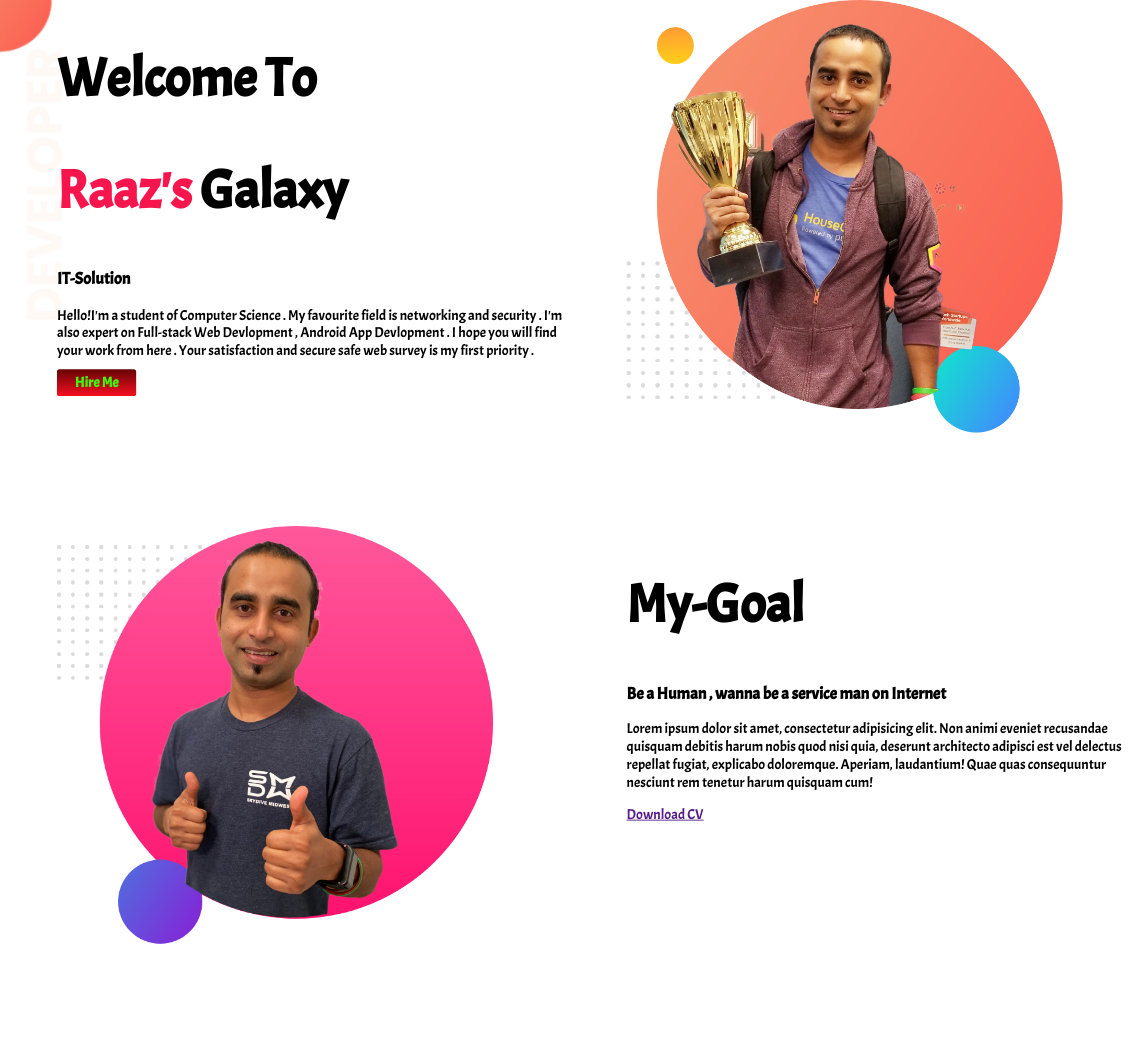
Repository: ramizraaz/my-portfolio
Page: about.html
An editor plug-in stored every save of this project. The page is shown before and after the next save, followed by the edit.
The browser window is 1280 px wide. The pictures show the whole page, at 89% of full size.

Above is the page before, as saved 2022-01-13 19:15:42.

After the next save:
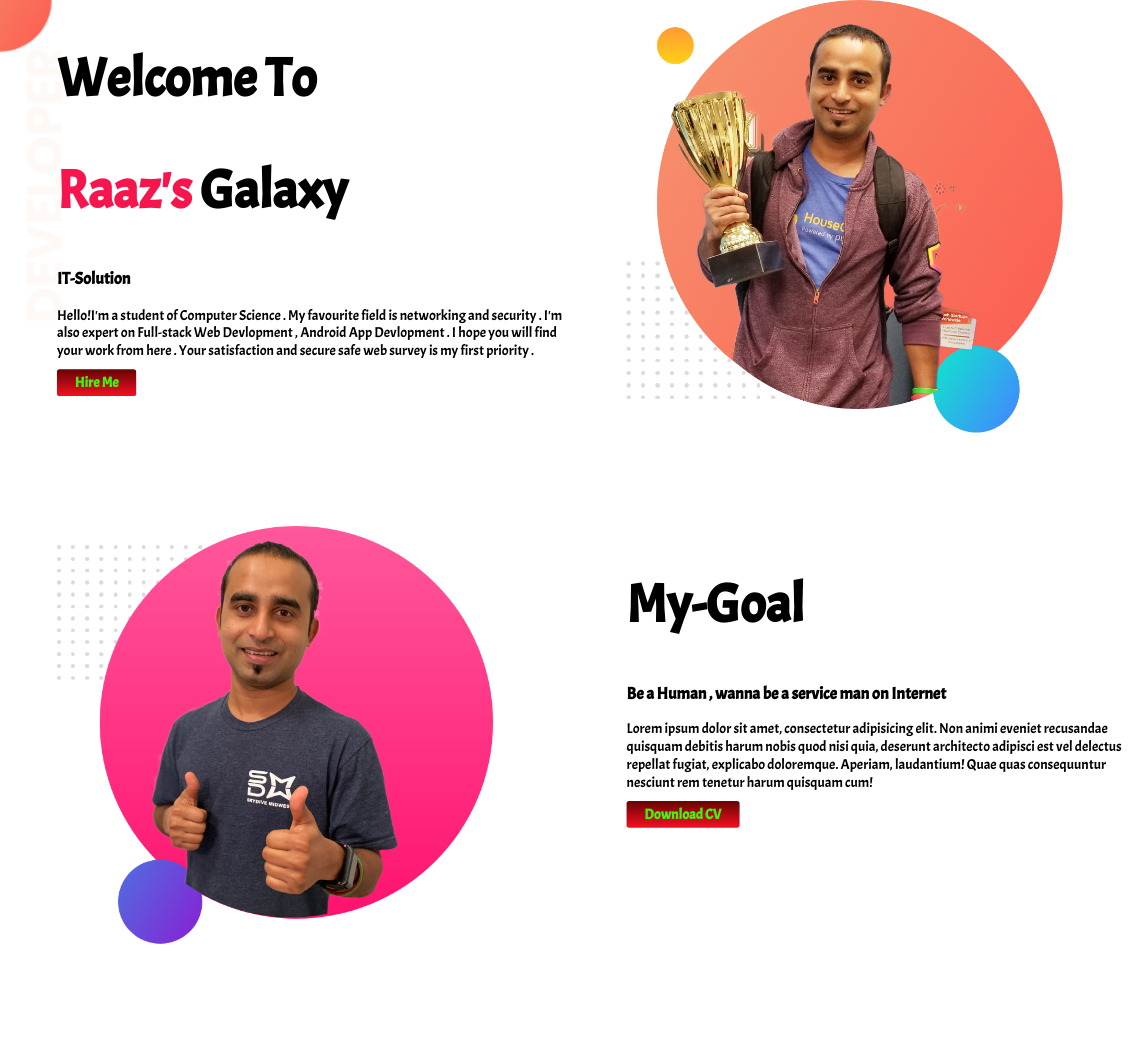
Saved 53 s later.
--- a/about.html
+++ b/about.html
@@ -35,7 +35,7 @@
             <h3>Be a Human , wanna be a service man on Internet</h3>
             <p>Lorem ipsum dolor sit amet, consectetur adipisicing elit. Non animi eveniet recusandae quisquam debitis harum nobis quod nisi quia, deserunt architecto adipisci est vel delectus repellat fugiat, explicabo doloremque. Aperiam, laudantium! Quae
                 quas consequuntur nesciunt rem tenetur harum quisquam cum!</p>
-            <a href="" target="_blank">Download CV</a>
+            <a class="link-button" href="" target="_blank">Download CV</a>
         </div>
     </section>
 </body>
